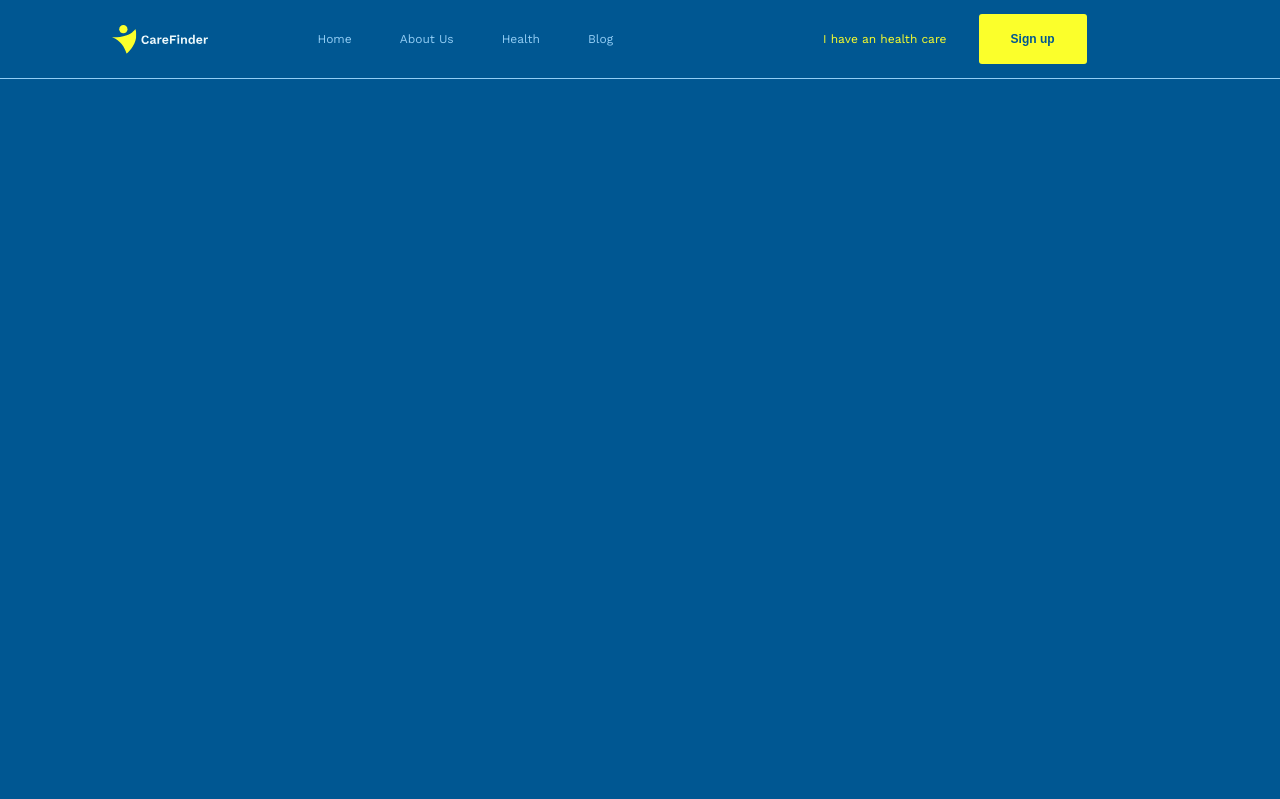
Repository: PreciousOritsedere/Carefinder-App
Page: /
These files come from the project's save history. The page is drawn as it stood at one moment and after the next save; the edit follows.
The browser window is 1280 px wide. The pictures show the whole page.
The project was rebuilt for these pictures with package versions that can differ from the ones it lists, and the page was loaded fresh each time. The framework's server and built-in components were replaced by stand-ins that run in the browser. Also part of the build but not shown: next.config.js, src/Components/Nav_Menu/NavMenu.js.

Above is the page before, as saved 2023-06-12 19:55:54.

### src/app/layout.js
// use client


import "./globals.css";
import { Work_Sans } from "next/font/google";
import Navbar from "@/Components/Nav/Navbar";

const work_sans = Work_Sans({ subsets: ["latin"] });

export const metadata = {
  title: "Carefinder",
  description: "Generated by create next app",
};

export default function RootLayout({ children }) {
  return (
    <html lang="en">
      <body className={work_sans.className}>
        <Navbar />
        {children}
      </body>
    </html>
  );
}

### src/app/page.js
import Image from 'next/image'
import styles from './page.module.css'

export default function Home() {
  return (
    <main className={styles.main}>
      <div className={styles.description}>

      </div>
    </main>
  )
}

### src/app/globals.css
@import url('https://fonts.googleapis.com/css2?family=Work+Sans&display=swap');

*, *::before, *::after {
  box-sizing: border-box;
  margin: 0;
  padding: 0;
}

body {
  font-family: 'Work Sans', sans-serif;
  background-color: #005792;
}

### src/Components/Nav/Navbar.js
"use client";
import React from "react";
import { useState } from "react";
import styles from "./Nav.module.css";
import Image from "next/image";
import Logo from "@/assets/nav/logo.svg";
import Hamburger from "@/assets/nav/hamburger.svg";
import Cancel from "@/assets/nav/cancel.svg";
import NavMenu from "@/Components/Nav_Menu/NavMenu";

function Navbar() {
  const [showMenu, setShowMenu] = useState(false);

  const handleMenuToggle = () => {
    setShowMenu(!showMenu);
  };

  return (
    <nav className={styles.nav}>
      <Image src={Logo} alt="Logo" />

      <div className={styles.desktop_menu}>
        <ul>
          <li>Home</li>
          <li>About Us</li>
          {/* <li>Drugs</li> */}
          <li>Health</li>
          <li>Blog</li>
        </ul>
        <div className={styles.nav_signup}>
          <p>I have an health care </p>
          <button>Sign up</button>
        </div>
      </div>
      <div>
        <>
          {showMenu ? (
            <Image src={Cancel} alt="Menu" onClick={handleMenuToggle} />
          ) : (
            <Image
              src={Hamburger}
              alt="Menu"
              className={styles.hamburger}
              onClick={handleMenuToggle}
            />
          )}
        </>
      </div>

      {showMenu ? <NavMenu /> : null}
    </nav>
  );
}

export default Navbar;

### src/Components/Nav/Nav.module.css
.nav {
  margin: 0 auto;
  display: flex;
  align-items: center;
  /* gap: 136px; */
  justify-content: space-between;
  padding: 8px 16px;
  border-bottom: 1px solid #93CEF5;
}

.hamburger {
  position: relative;
  top: 5px;
  right: 5px;
}

.nav_menu {
  position: absolute;
  left: 70%;
  right: 0;
  top: 50px;
  background-color: #93cef5;
  margin: 10px;
  padding: 12px;
  font-size: 14px;
  font-weight: 400;
  border-radius: 6px;
}

.desktop_menu {
  display: none;
  font-size: 12px;
  font-weight: 400;
  color: #93cef5;
}

.desktop_menu ul {
  display: flex;
  align-items: center;
  list-style: none;
}

.desktop_menu ul li {
  padding: 32px 24px;
}

.nav_signup {
  display: flex;
  align-items: center;
  justify-content: space-between;
  gap: 32px;
  color: #fbff2b;
  /* width: 100%; */
}

.nav_signup button {
  padding: 18px 32px;
  background-color: #fbff2b;
  color: #005792;
  border-radius: 3px;
  border: none;
  font-size: 12px;
  font-weight: 600;
}

@media screen and (min-width: 768px) {
  .nav {

    /* gap: 130px; */
    padding: 0 110px;
  }

  .desktop_menu {
    display: flex;
    align-items: center;
    /* justify-content: flex-end; */
    /* justify-content: space-between; */
    gap: 186px;
  }

  .hamburger {
    display: none;
  }
}

Loaded but not shown: src/app/page.module.css (common file)

After the next save:
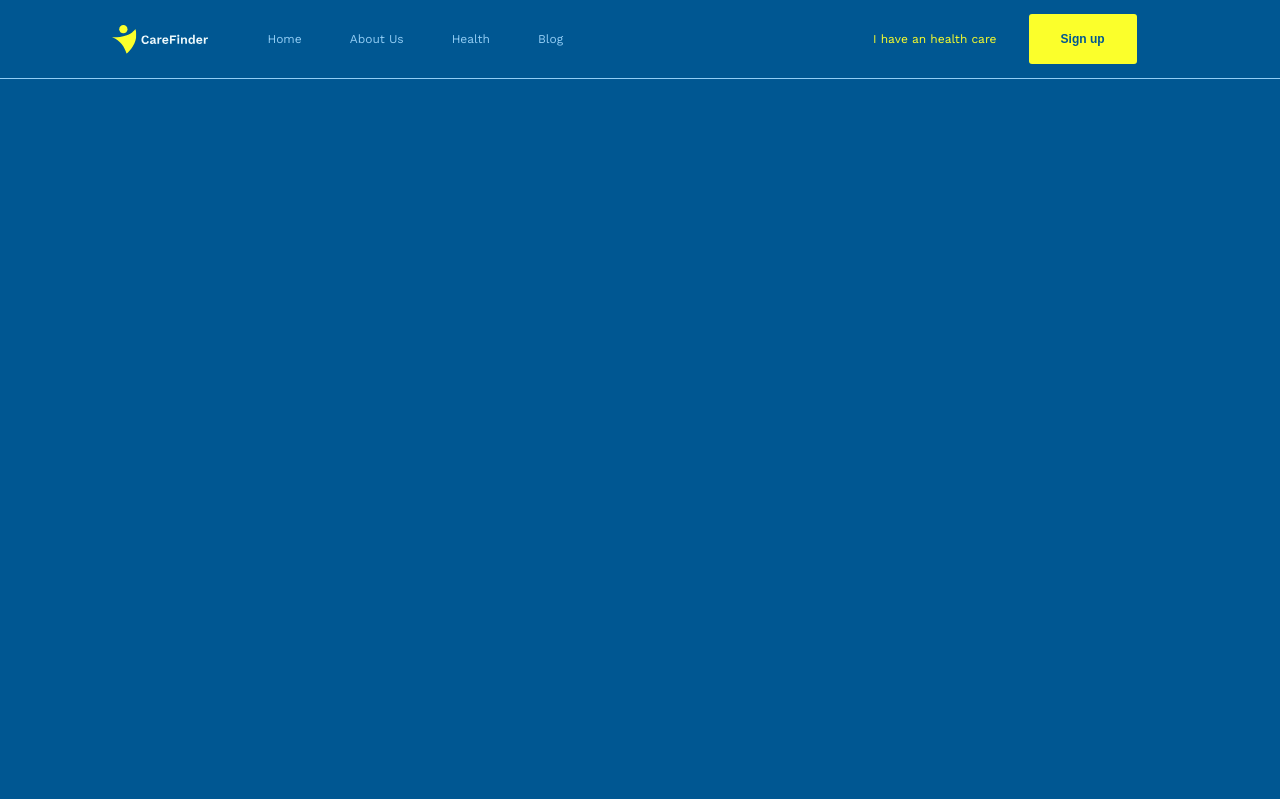
Saved 7 s later.
--- a/src/Components/Nav/Nav.module.css
+++ b/src/Components/Nav/Nav.module.css
@@ -75,7 +75,7 @@
     align-items: center;
     /* justify-content: flex-end; */
     /* justify-content: space-between; */
-    gap: 186px;
+    gap: 286px;
   }
 
   .hamburger {
